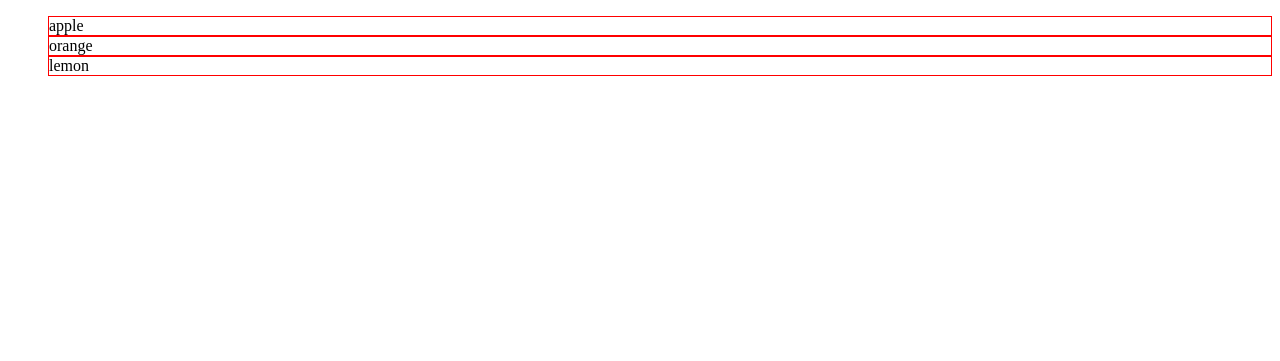
Repository: chenguocan/Vue_demo_1
Page: 基础案例.html
These files come from the project's save history. The page is drawn as it stood at one moment and after the next save; the edit follows.
The browser window is 1280 px wide. The pictures show the whole page.

Above is the page before, as saved 2020-07-20 16:16:48.

After the next save:
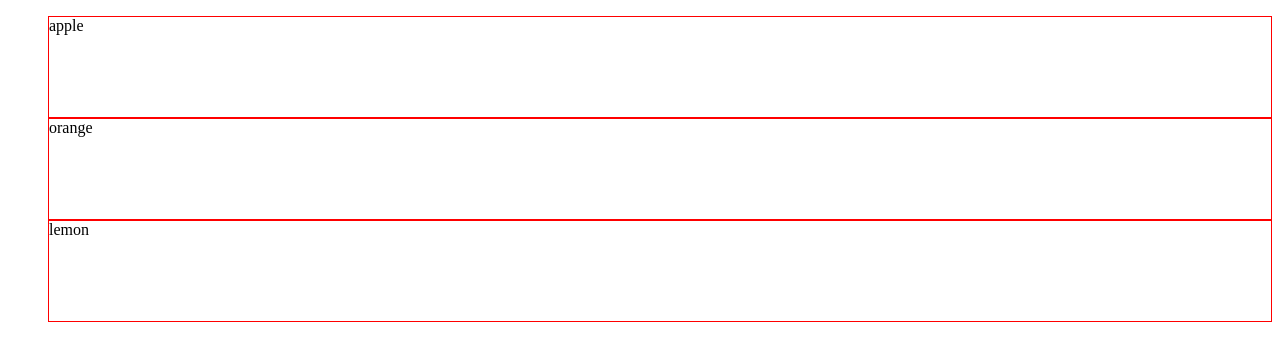
Saved 8 s later.
--- a/基础案例.html
+++ b/基础案例.html
@@ -9,6 +9,7 @@
         list-style: none;
       }
       ul > li {
+        height: 100px;
         border: 1px solid red;
       }
     </style>
